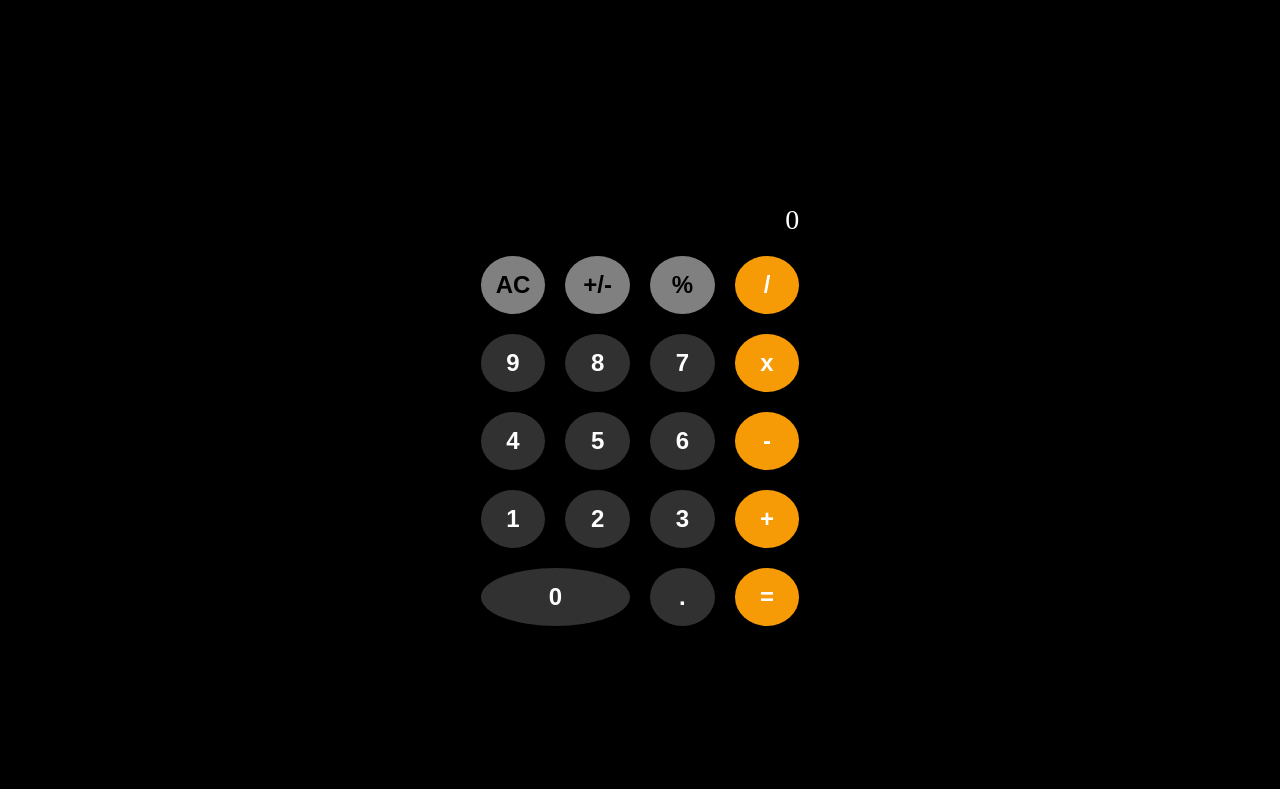
Repository: ble-syn/reactCalculator
Page: /
The author's editor kept a copy of each file at every save. The page is drawn from the files as they stood at one save, then again after the next save.
The browser window is 1280 px wide. The pictures show the whole page.
The project was rebuilt for these pictures with package versions that can differ from the ones it lists, and the page was loaded fresh each time.

Above is the page before, as saved 2022-10-06 13:37:10.

### src/index.css
*{
  margin: 0;
  box-sizing: border-box;
}

body{
  display: flex;
  justify-content: center;
  align-items: center;
  flex-direction: column;
  background-color: #000;
  color: #fff;
  margin: 12% auto;
}
.container {
  max-width: 1200px;
  padding: 10px;
}
#calculator-display {
  border: none;
  width: 100%;
  text-align: right;
  font-size: 28px;
  padding: 50px 10px 10px;
  color: #fff;
  background-color: #000;
}

.calculator-keys{
  display: grid;
  grid-template-columns: repeat(4, 1fr);
  grid-gap: 20px;
  margin: 10px;
}
button {
  padding: 15px;
  outline: none;
  border-radius: 50%;
  font-weight: 700;
  border: none;
  color: #fff;
  background-color: #313131;
  font-size: 24px;
  cursor: pointer;
}
.zero {
  grid-column: 1/3;
}
.gray {
  background-color: gray;
  color: #000;
}
.yellow {
  background-color: #F69A06;
}

### src/App.js



function App() {

  return (

    <main id="container">
      <div class="calculator">
          <div id="calculator-display">0</div>

          <div class="calculator-keys">
              <button class="gray">AC</button>
              <button class="gray">+/-</button>
              <button class="gray">%</button>
              <button class="yellow">/</button>
              <button>9</button>
              <button>8</button>
              <button>7</button>
              <button class="yellow">x</button>
              <button>4</button>
              <button>5</button>
              <button>6</button>
              <button class= "yellow">-</button>
              <button>1</button>
              <button>2</button>
              <button>3</button>
              <button class="yellow">+</button>
              <button class="zero" >0</button>
              <button data-action="decimal">.</button>
              <button class="yellow">=</button>
          </div>
      </div>
    </main>
  )
}

export default App;

Loaded but not shown: public/index.html (common file); src/index.js (common file); src/reportWebVitals.js (common file)

After the next save:
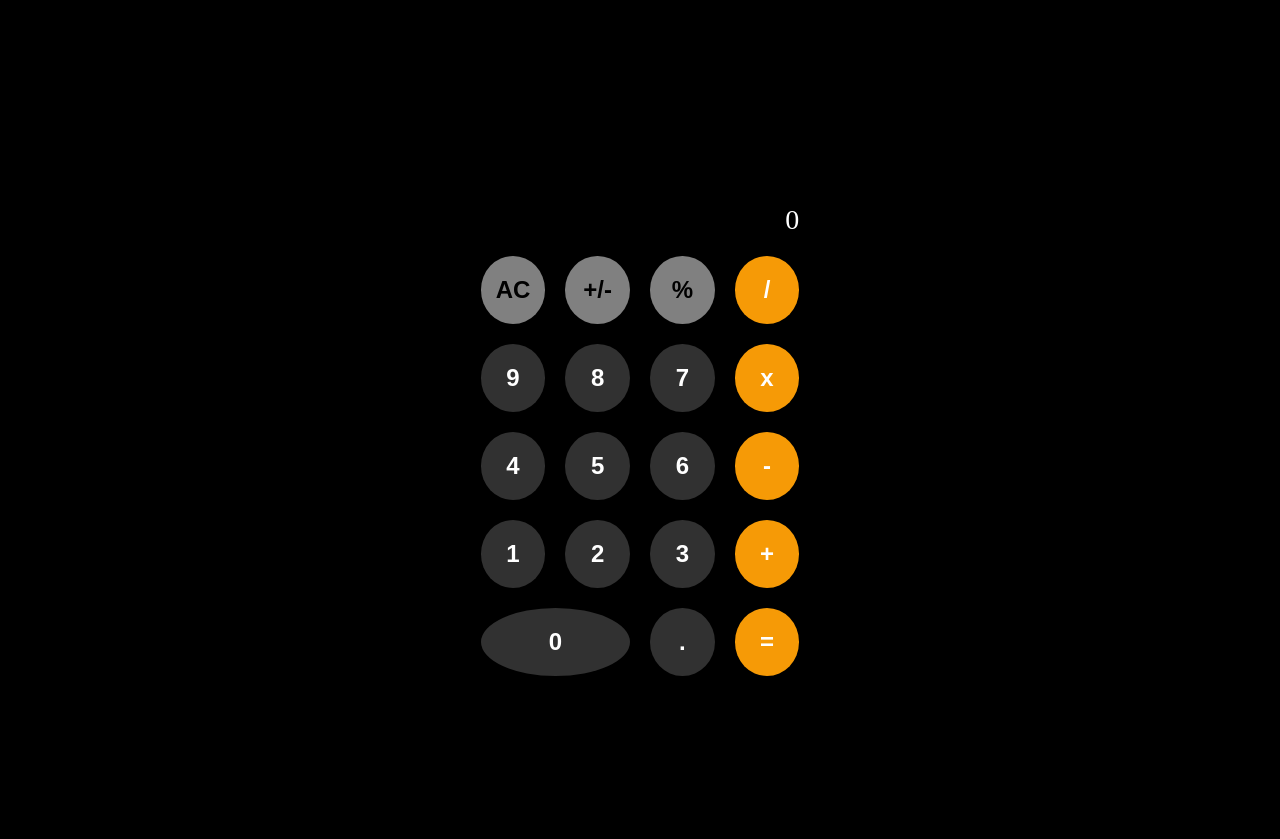
Saved 8 s later.
--- a/src/index.css
+++ b/src/index.css
@@ -33,7 +33,7 @@ body{
   margin: 10px;
 }
 button {
-  padding: 15px;
+  padding: 20px 15px;
   outline: none;
   border-radius: 50%;
   font-weight: 700;
